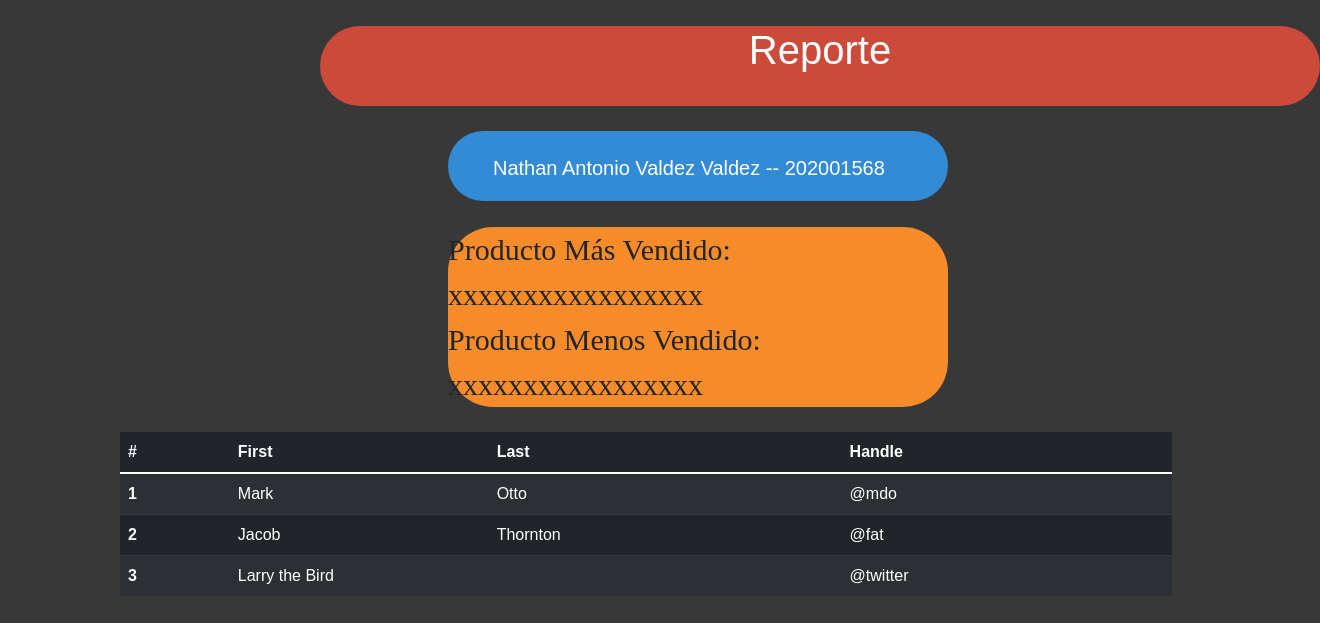
Repository: nathanvdev/LFP_PR_202001568
Page: plantilla.html
These files come from the project's save history. The page is drawn as it stood at one moment and after the next save; the edit follows.
The browser window is 1280 px wide. The page is 1320 px wide, so the pictures cover 1320 px, including what lies to the right of the window. The pictures show the whole page.

Above is the page before, as saved 2022-02-19 19:20:04.

After the next save:
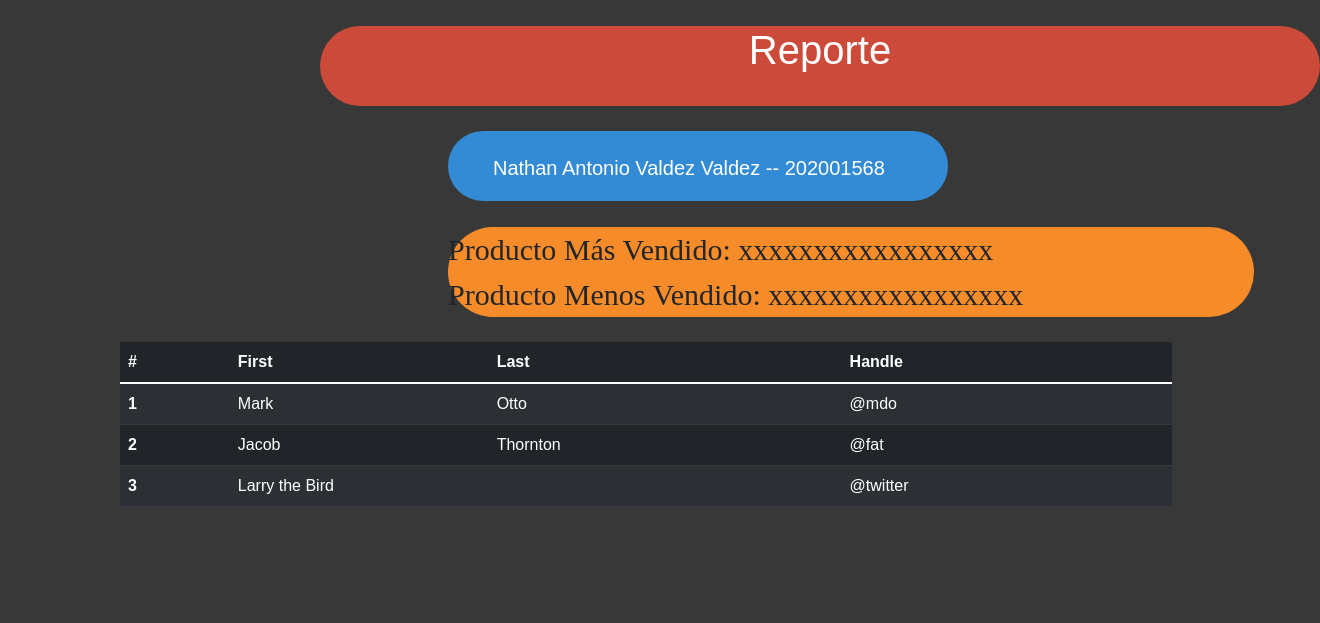
Saved 14 s later.
--- a/plantilla.html
+++ b/plantilla.html
@@ -44,7 +44,7 @@
     .Datos{
         background-color: rgb(246, 140, 41);
         height: auto;
-        width: 500px;
+        width: auto;
         margin: 2%;
         margin-top: 0px;
         margin-left: 35%;

After the save that followed:
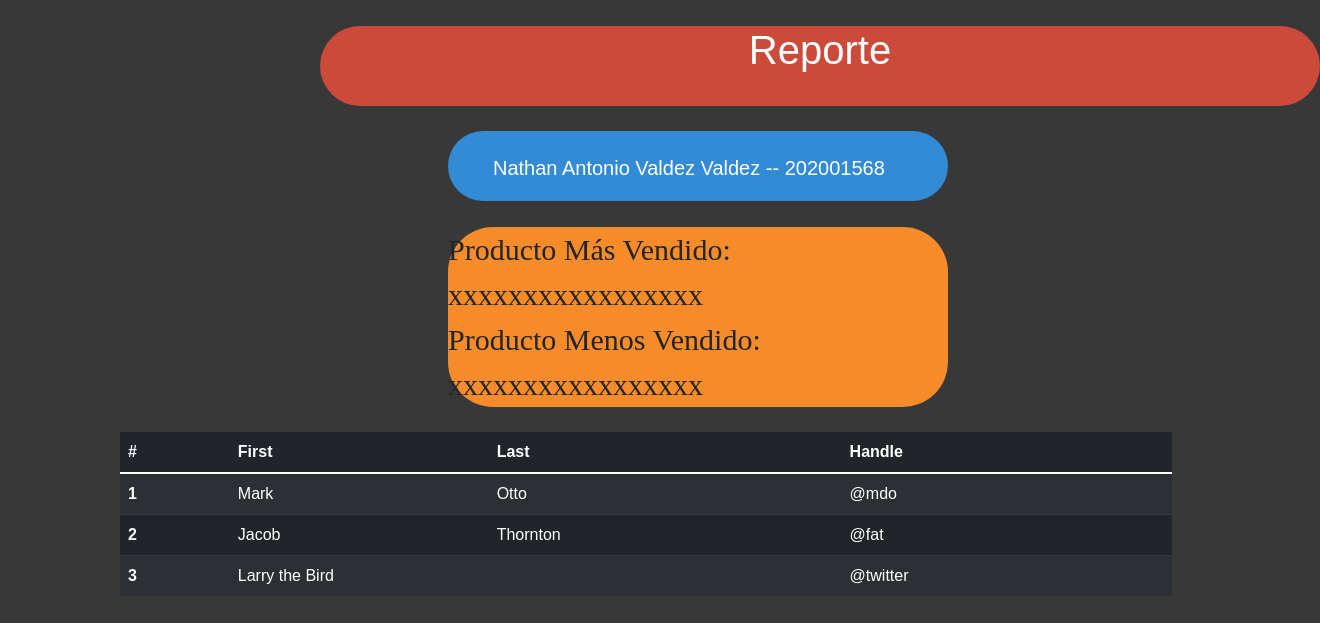
Saved 6 s later.
--- a/plantilla.html
+++ b/plantilla.html
@@ -44,7 +44,7 @@
     .Datos{
         background-color: rgb(246, 140, 41);
         height: auto;
-        width: auto;
+        width: 500px;
         margin: 2%;
         margin-top: 0px;
         margin-left: 35%;
